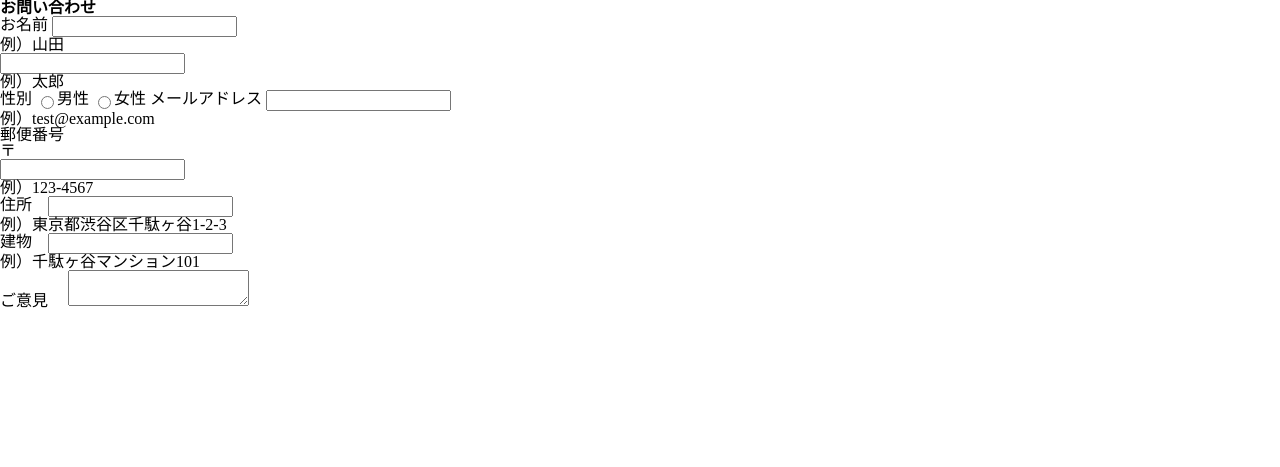
Repository: 1000sky/20220728majima
Page: resources/views/contact.blade.php
These files come from the project's save history. The page is drawn as it stood at one moment and after the next save; the edit follows.
The browser window is 1280 px wide. The pictures show the whole page.
The page is served by the project's Laravel application, run on PHP 8.4 with Laravel 8. The template is opened directly, without the code that normally fills it, so the values that code supplies are empty.

Above is the page before, as saved 2022-07-23 18:04:55.

After the next save:
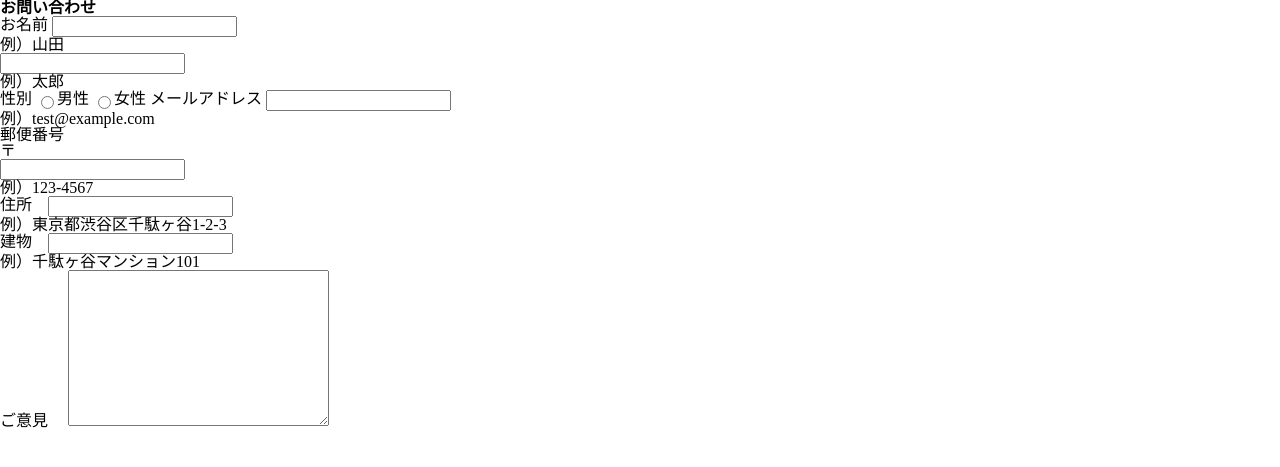
Saved 56 s later.
--- a/advance-test/resources/views/contact.blade.php
+++ b/advance-test/resources/views/contact.blade.php
@@ -34,7 +34,7 @@
             建物　<input type="text"><p>例）千駄ヶ谷マンション101</p>
         </label>
         <label for="">
-            ご意見　 <textarea name="textarea" cols="" rows=""></textarea>
+            ご意見　 <textarea name="textarea" cols="30" rows="10"></textarea>
         </label>
 
 
